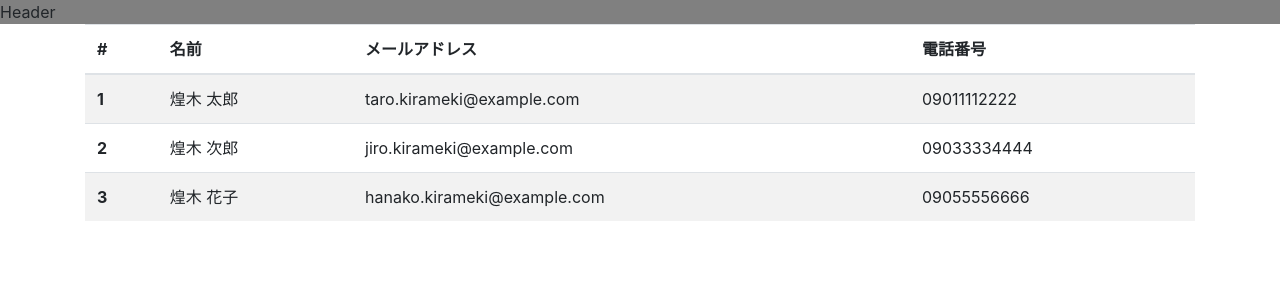
Repository: Eri-Naka/test
Page: boot/WebContent/index.html
These files come from the project's save history. The page is drawn as it stood at one moment and after the next save; the edit follows.
The browser window is 1280 px wide. The pictures show the whole page.

Above is the page before, as saved 2018-06-25 05:24:34.

After the next save:
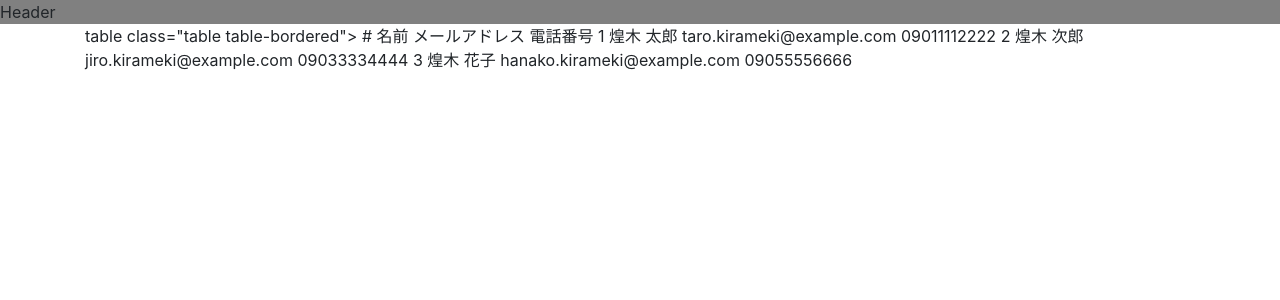
Saved 22 s later.
--- a/boot/WebContent/index.html
+++ b/boot/WebContent/index.html
@@ -25,7 +25,7 @@ text-align: center;
   <header style="background-color:gray">Header</header>
 <div class="container-fluid">
   <div class="container">
-  <table class="table table-striped">
+  table class="table table-bordered">
     <thead>
       <tr>
         <th>#</th>
